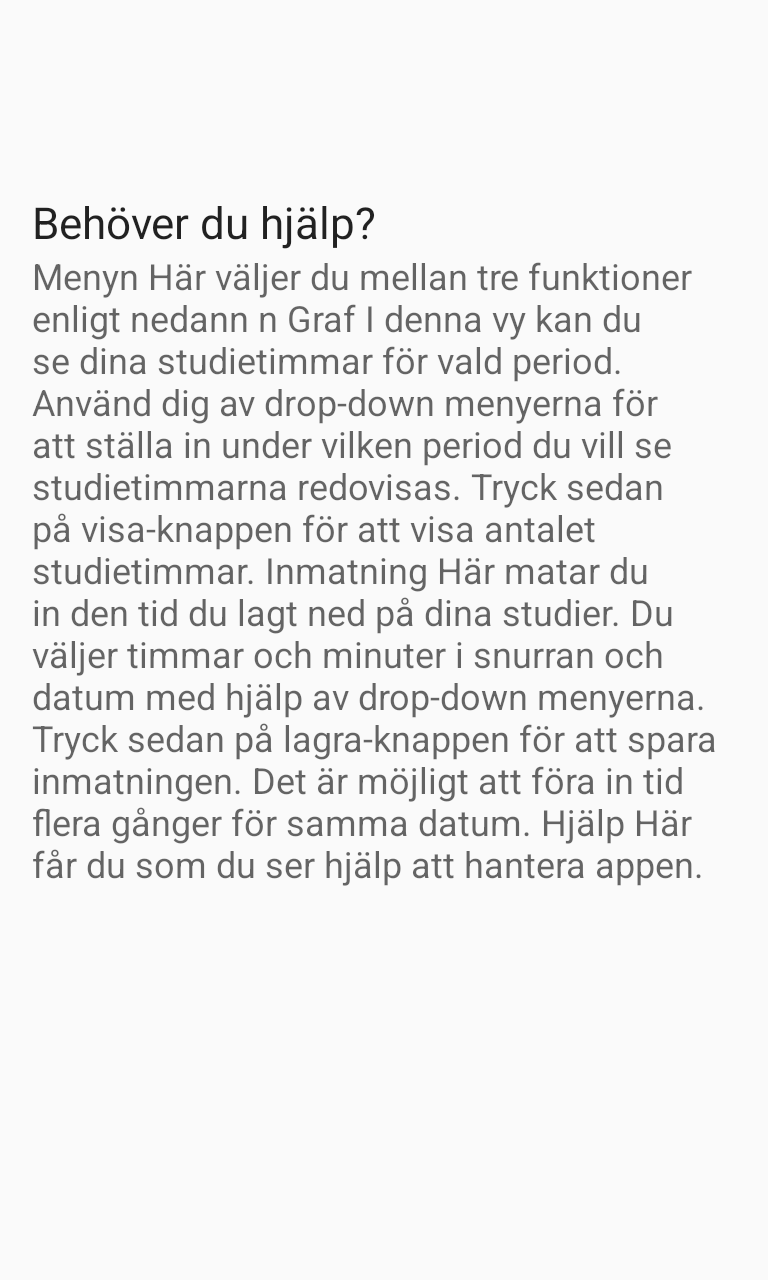
Repository: Dinova/Studiekoll
Layout: Studiekoll/Studiekoll/res/layout/fragment_help.xml
These files come from the project's save history. The layout is drawn as it stood at one moment and after the next save; the edit follows.
It is drawn on a 768 x 1280 px phone screen (xhdpi) without system bars, with theme AppTheme; the app's code is not run.

Above is the layout before, as saved 2014-05-16 09:35:38.

### Studiekoll/Studiekoll/res/layout/fragment_help.xml
<LinearLayout xmlns:android="http://schemas.android.com/apk/res/android"
    xmlns:tools="http://schemas.android.com/tools"
    android:layout_width="match_parent"
    android:layout_height="match_parent"
    android:orientation="vertical"
    android:paddingBottom="@dimen/activity_vertical_margin"
    android:paddingLeft="@dimen/activity_horizontal_margin"
    android:paddingRight="@dimen/activity_horizontal_margin"
    android:paddingTop="@dimen/activity_vertical_margin"
    tools:context="com.grupp8DAT255.studiekoll.HelpActivity$PlaceholderFragment" >

    <TextView
        android:id="@+id/textView1"
        android:layout_width="wrap_content"
        android:layout_height="wrap_content"
        android:layout_alignParentTop="true"
        android:layout_centerHorizontal="true"
        android:layout_marginTop="80dp"
        android:text="Behöver du hjälp?"
        android:textAppearance="?android:attr/textAppearanceLarge" />

    <ScrollView
        android:layout_width="fill_parent"
    	android:layout_height="fill_parent" >

    	<TextView
        	android:id="@+id/textView2"
        	android:layout_width="wrap_content"
        	android:layout_height="wrap_content"
        	android:scrollHorizontally="true"
        	android:scrollbarAlwaysDrawVerticalTrack="true"
        	android:text="@string/help_text"
        	android:textAppearance="?android:attr/textAppearanceMedium" />

    </ScrollView>

     <Button
        android:id="@+id/button1"
        style="?android:attr/buttonStyleSmall"
        android:layout_width="wrap_content"
        android:layout_height="wrap_content"
        android:layout_marginBottom="35dp"
        android:text="OK"
        android:onClick="backToMain"/>

</LinearLayout>

### Studiekoll/Studiekoll/res/values/strings.xml
<?xml version="1.0" encoding="utf-8"?>
<resources>

    <string name="app_name">Studiekoll</string>
    <string name="action_settings">Settings</string>
    <string name="edit_message">Insert number of hours</string>
    <string name="button_graphics">Graf</string>
    <string name="button_input">Inmatning</string>
    <string name="button_help">Hjälp</string>
    <string name="title_activity_help">Hjälp</string>
    <string name="help_text">
        Menyn
        Här väljer du mellan tre funktioner enligt nedann
        n
        Graf
        I denna vy kan du se dina studietimmar för vald period.
        Använd dig av drop-down menyerna för att ställa in under
        vilken period du vill se studietimmarna redovisas.
        Tryck sedan på "visa"-knappen för att visa antalet studietimmar.

        Inmatning
        Här matar du in den tid du lagt ned på dina studier. Du väljer
        timmar och minuter i snurran och datum med hjälp av drop-down
        menyerna. Tryck sedan på "lagra"-knappen för att spara inmatningen.
        Det är möjligt att föra in tid flera gånger för samma datum.

        Hjälp
        Här får du som du ser hjälp att hantera appen.</string>

</resources>

Loaded but not shown: Studiekoll/Studiekoll/res/values/styles.xml (common file); Studiekoll/Studiekoll/res/values-v11/styles.xml (common file); Studiekoll/Studiekoll/res/values-v14/styles.xml (common file); Studiekoll/Studiekoll/res/values/dimens.xml (common file); Studiekoll/Studiekoll/res/values-w820dp/dimens.xml (common file)

After the next save:
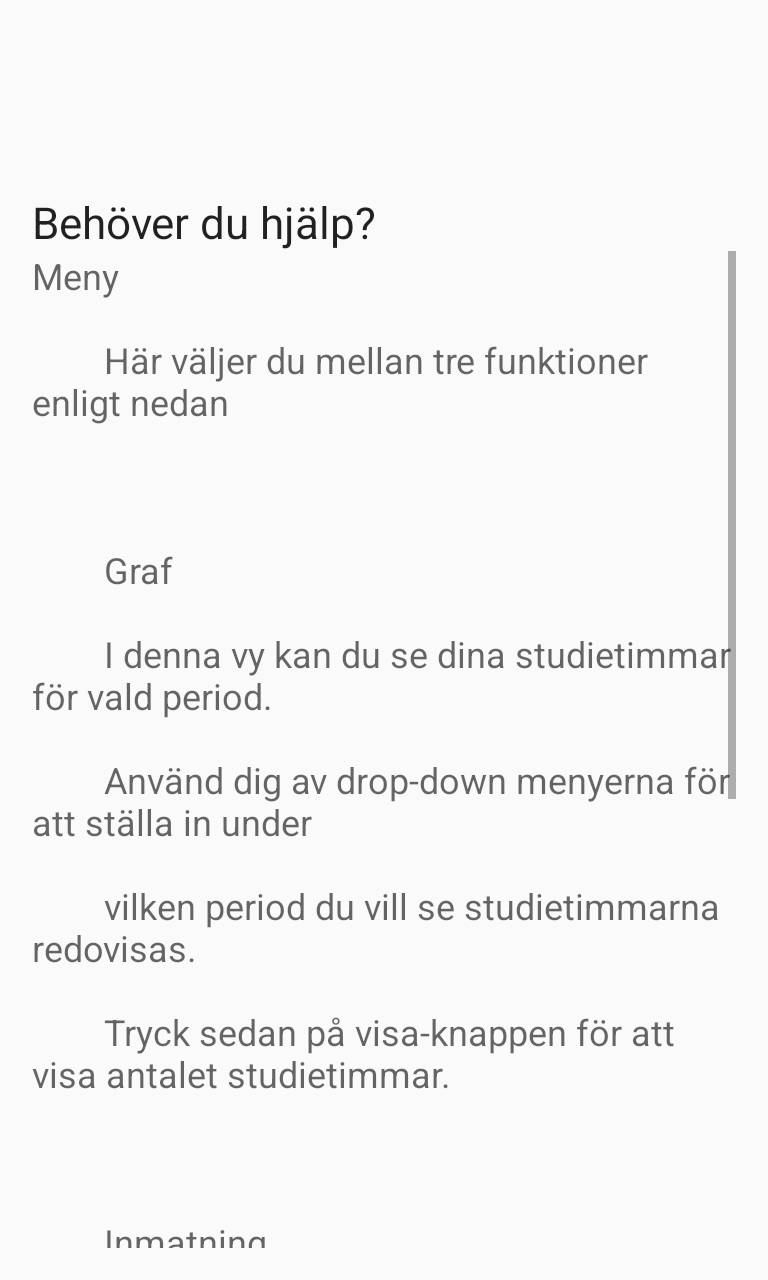
Saved 4 min 57 s later.
--- a/Studiekoll/Studiekoll/res/values/strings.xml
+++ b/Studiekoll/Studiekoll/res/values/strings.xml
@@ -9,22 +9,22 @@
     <string name="button_help">Hjälp</string>
     <string name="title_activity_help">Hjälp</string>
     <string name="help_text">
-        Menyn
-        Här väljer du mellan tre funktioner enligt nedann
-        n
-        Graf
-        I denna vy kan du se dina studietimmar för vald period.
-        Använd dig av drop-down menyerna för att ställa in under
-        vilken period du vill se studietimmarna redovisas.
-        Tryck sedan på "visa"-knappen för att visa antalet studietimmar.
-
-        Inmatning
-        Här matar du in den tid du lagt ned på dina studier. Du väljer
-        timmar och minuter i snurran och datum med hjälp av drop-down
-        menyerna. Tryck sedan på "lagra"-knappen för att spara inmatningen.
-        Det är möjligt att föra in tid flera gånger för samma datum.
-
-        Hjälp
-        Här får du som du ser hjälp att hantera appen.</string>
+        "Meny \n
+        Här väljer du mellan tre funktioner enligt nedan \n
+        \n
+        Graf\n
+        I denna vy kan du se dina studietimmar för vald period. \n
+        Använd dig av drop-down menyerna för att ställa in under \n
+        vilken period du vill se studietimmarna redovisas. \n
+        Tryck sedan på "visa"-knappen för att visa antalet studietimmar. \n
+        \n
+        Inmatning \n
+        Här matar du in den tid du lagt ned på dina studier. Du väljer \n
+        timmar och minuter i snurran och datum med hjälp av drop-down \n
+        menyerna. Tryck sedan på "lagra"-knappen för att spara inmatningen. \n
+        Det är möjligt att föra in tid flera gånger för samma datum. \n
+        \n
+        Hjälp \n
+        Här får du som du ser hjälp att hantera appen."</string>
 
 </resources>
